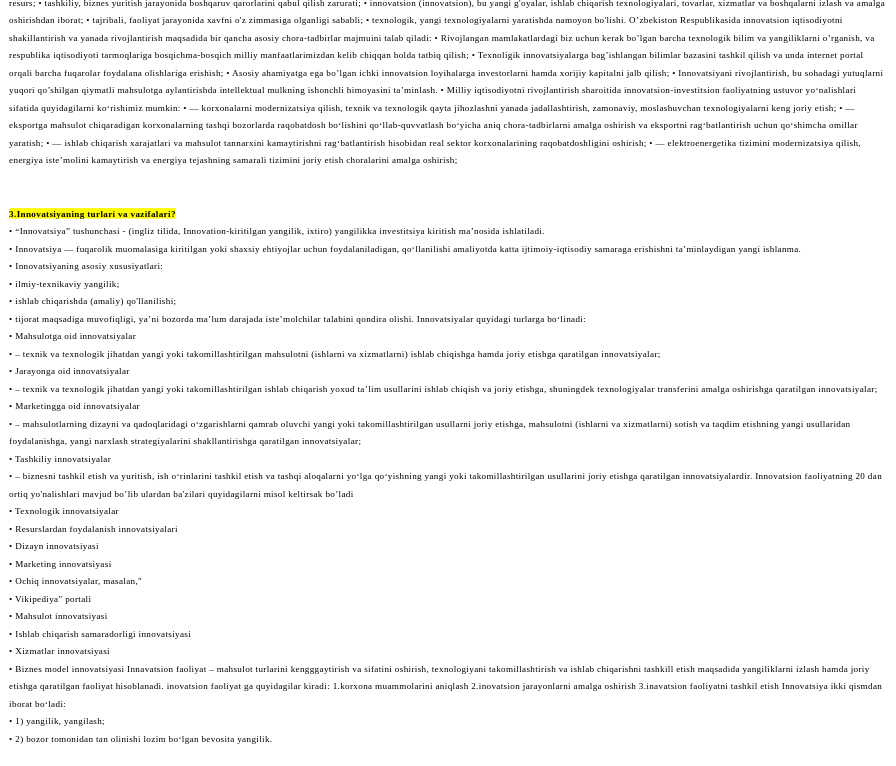
Repository: Ikromkhurozov/tsue-exam-answers
Page: index.html
The author's editor kept a copy of each file at every save. The page is drawn from the files as they stood at one save, then again after a run of saves.
The browser window is 1280 px wide. The pictures show the part of the page from y = 685 to 2605 px (the page is 1779 px tall before and 2605 px after), at 70% of full size.

Above is the page before, as saved 2024-01-15 00:59:53.

After the next 4 saves:
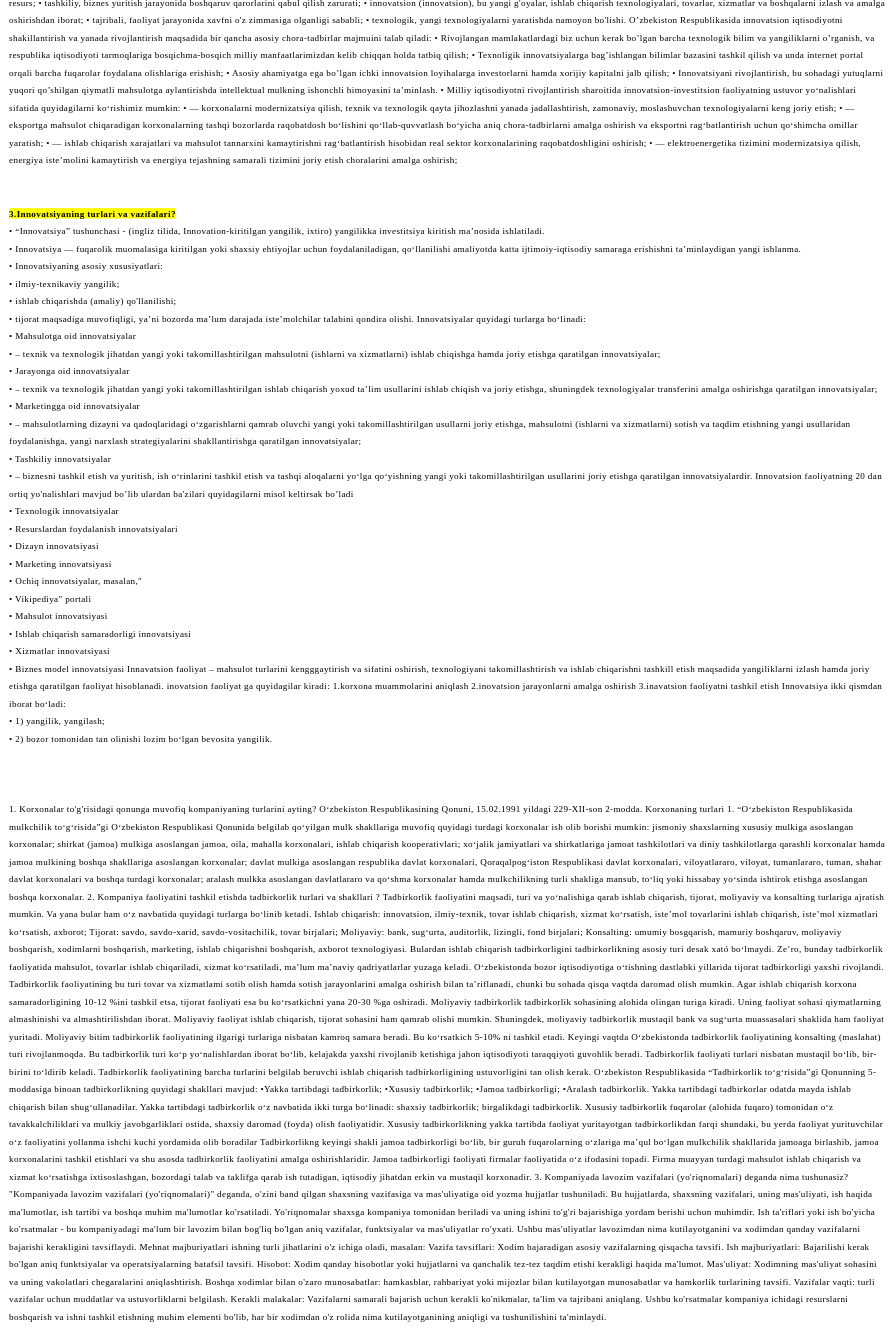
The 4 saves are shown as one change because they came seconds apart.
The last was saved 7 min 41 s later.
--- a/index.html
+++ b/index.html
@@ -188,6 +188,61 @@
         bo‘ladi: <br />• 1) yangilik, yangilash; <br />• 2) bozor tomonidan tan
         olinishi lozim bo‘lgan bevosita yangilik.
       </p>
+
+
+
+      <br>
+      <br>
+
+      <p>1. Korxonalar to'g'risidagi qonunga muvofiq kompaniyaning turlarini ayting?
+
+         O‘zbekiston Respublikasining Qonuni, 15.02.1991 yildagi 229-XII-son
+         2-modda. Korxonaning turlari
+         1. “O‘zbekiston Respublikasida mulkchilik to‘g‘risida”gi O‘zbekiston Respublikasi Qonunida belgilab qo‘yilgan mulk shakllariga muvofiq quyidagi turdagi korxonalar ish olib borishi mumkin:
+         jismoniy shaxslarning xususiy mulkiga asoslangan korxonalar;
+         shirkat (jamoa) mulkiga asoslangan jamoa, oila, mahalla korxonalari, ishlab chiqarish kooperativlari; xo‘jalik jamiyatlari va shirkatlariga jamoat tashkilotlari va diniy tashkilotlarga qarashli korxonalar hamda jamoa mulkining boshqa shakllariga asoslangan korxonalar;
+         davlat mulkiga asoslangan respublika davlat korxonalari, Qoraqalpog‘iston Respublikasi davlat korxonalari, viloyatlararo, viloyat, tumanlararo, tuman, shahar davlat korxonalari va boshqa turdagi korxonalar;
+         aralash mulkka asoslangan davlatlararo va qo‘shma korxonalar hamda mulkchilikning turli shakliga mansub, to‘liq yoki hissabay yo‘sinda ishtirok etishga asoslangan boshqa korxonalar.
+
+         2. Kompaniya faoliyatini tashkil etishda tadbirkorlik turlari va shakllari ?
+
+         Tadbirkorlik faoliyatini maqsadi, turi va yo‘nalishiga qarab ishlab chiqarish, tijorat, moliyaviy va konsalting turlariga ajratish mumkin. Va yana bular ham o‘z navbatida quyidagi turlarga bo‘linib ketadi.
+         Ishlab chiqarish: innovatsion, ilmiy-texnik, tovar ishlab chiqarish, xizmat ko‘rsatish, iste’mol tovarlarini ishlab chiqarish, iste’mol xizmatlari ko‘rsatish, axborot;
+         Tijorat: savdo, savdo-xarid, savdo-vositachilik, tovar birjalari;
+         Moliyaviy: bank, sug‘urta, auditorlik, lizingli, fond birjalari;
+         Konsalting: umumiy bosgqarish, mamuriy boshqaruv, moliyaviy boshqarish, xodimlarni boshqarish, marketing, ishlab chiqarishni boshqarish, axborot texnologiyasi.
+         Bulardan ishlab chiqarish tadbirkorligini tadbirkorlikning asosiy turi desak xató bo‘lmaydi. Ze’ro, bunday tadbirkorlik faoliyatida mahsulot, tovarlar ishlab  chiqariladi, xizmat ko‘rsatiladi, ma’lum ma’naviy qadriyatlarlar yuzaga keladi.
+         O‘zbekistonda bozor iqtisodiyotiga o‘tishning dastlabki yillarida tijorat tadbirkorligi yaxshi rivojlandi. Tadbirkorlik faoliyatining bu turi tovar va xizmatlami sotib olish hamda sotish jarayonlarini amalga oshirish bilan ta’riflanadi, chunki bu sohada qisqa vaqtda daromad olish mumkin. Agar ishlab chiqarish korxona samaradorligining 10-12 %ini tashkil etsa, tijorat faoliyati esa bu ko‘rsatkichni yana 20-30 %ga oshiradi.
+         Moliyaviy tadbirkorlik tadbirkorlik sohasining alohida olingan turiga kiradi. Uning faoliyat sohasi qiymatlarning almashinishi va almashtirilishdan iborat. Moliyaviy faoliyat ishlab chiqarish, tijorat sohasini ham qamrab olishi mumkin. Shuningdek, moliyaviy tadbirkorlik mustaqil bank va sug‘urta muassasalari shaklida ham faoliyat yuritadi.
+         Moliyaviy bitim tadbirkorlik faoliyatining ilgarigi turlariga nisbatan kamroq samara beradi. Bu ko‘rsatkich 5-10% ni tashkil etadi. Keyingi vaqtda O‘zbekistonda tadbirkorlik faoliyatining konsalting (maslahat) turi rivojlanmoqda. Bu tadbirkorlik turi ko‘p yo‘nalishlardan iborat bo‘lib, kelajakda yaxshi rivojlanib ketishiga jahon iqtisodiyoti taraqqiyoti guvohlik beradi.
+         Tadbirkorlik faoliyati turlari nisbatan mustaqil bo‘lib, bir-birini to‘ldirib keladi.
+         Tadbirkorlik faoliyatining barcha turlarini belgilab beruvchi ishlab chiqarish tadbirkorligining ustuvorligini tan olish kerak.
+         O‘zbekiston Respublikasida “Tadbirkorlik to‘g‘risida”gi Qonunning 5-moddasiga binoan tadbirkorlikning quyidagi shakllari mavjud:
+         •Yakka tartibdagi tadbirkorlik;
+         •Xususiy tadbirkorlik;
+         •Jamoa tadbirkorligi;
+         •Aralash tadbirkorlik.
+         Yakka tartibdagi tadbirkorlar odatda mayda ishlab chiqarish bilan shug‘ullanadilar. Yakka tartibdagi tadbirkorlik o‘z navbatida ikki turga bo‘linadi: shaxsiy tadbirkorlik; birgalikdagi tadbirkorlik.
+         Xususiy tadbirkorlik fuqarolar (alohida fuqaro) tomonidan o‘z tavakkalchiliklari va mulkiy javobgarliklari ostida, shaxsiy daromad (foyda) olish faoliyatidir. Xususiy tadbirkorlikning yakka tartibda faoliyat yuritayotgan tadbirkorlikdan farqi shundaki, bu yerda faoliyat yurituvchilar o‘z faoliyatini yollanma ishchi kuchi yordamida olib boradilar
+         Tadbirkorlikng keyingi shakli jamoa tadbirkorligi bo‘lib, bir guruh fuqarolarning o‘zlariga ma’qul bo‘lgan mulkchilik shakllarida jamoaga birlashib, jamoa korxonalarini tashkil etishlari va shu asosda tadbirkorlik faoliyatini amalga oshirishlaridir.
+         Jamoa tadbirkorligi faoliyati firmalar faoliyatida o‘z ifodasini topadi. Firma muayyan turdagi mahsulot ishlab chiqarish va xizmat ko‘rsatishga ixtisoslashgan, bozordagi talab va taklifga qarab ish tutadigan, iqtisodiy jihatdan erkin va mustaqil korxonadir.
+
+
+         3. Kompaniyada lavozim vazifalari (yo'riqnomalari) deganda nima tushunasiz?
+
+         "Kompaniyada lavozim vazifalari (yo'riqnomalari)" deganda, o'zini band qilgan shaxsning vazifasiga va mas'uliyatiga oid yozma hujjatlar tushuniladi. Bu hujjatlarda, shaxsning vazifalari, uning mas'uliyati, ish haqida ma'lumotlar, ish tartibi va boshqa muhim ma'lumotlar ko'rsatiladi. Yo'riqnomalar shaxsga kompaniya tomonidan beriladi va uning ishini to'g'ri bajarishiga yordam berishi uchun muhimdir.
+         Ish ta'riflari yoki ish bo'yicha ko'rsatmalar - bu kompaniyadagi ma'lum bir lavozim bilan bog'liq bo'lgan aniq vazifalar, funktsiyalar va mas'uliyatlar ro'yxati. Ushbu mas'uliyatlar lavozimdan nima kutilayotganini va xodimdan qanday vazifalarni bajarishi kerakligini tavsiflaydi.
+         Mehnat majburiyatlari ishning turli jihatlarini o'z ichiga oladi, masalan:
+         Vazifa tavsiflari: Xodim bajaradigan asosiy vazifalarning qisqacha tavsifi.
+         Ish majburiyatlari: Bajarilishi kerak bo'lgan aniq funktsiyalar va operatsiyalarning batafsil tavsifi.
+         Hisobot: Xodim qanday hisobotlar yoki hujjatlarni va qanchalik tez-tez taqdim etishi kerakligi haqida ma'lumot.
+         Mas'uliyat: Xodimning mas'uliyat sohasini va uning vakolatlari chegaralarini aniqlashtirish.
+         Boshqa xodimlar bilan o'zaro munosabatlar: hamkasblar, rahbariyat yoki mijozlar bilan kutilayotgan munosabatlar va hamkorlik turlarining tavsifi.
+         Vazifalar vaqti: turli vazifalar uchun muddatlar va ustuvorliklarni belgilash.
+         Kerakli malakalar: Vazifalarni samarali bajarish uchun kerakli ko'nikmalar, ta'lim va tajribani aniqlang.
+         Ushbu ko'rsatmalar kompaniya ichidagi resurslarni boshqarish va ishni tashkil etishning muhim elementi bo'lib, har bir xodimdan o'z rolida nima kutilayotganining aniqligi va tushunilishini ta'minlaydi.
+         </p>
+
     </div>
   </body>
 </html>
